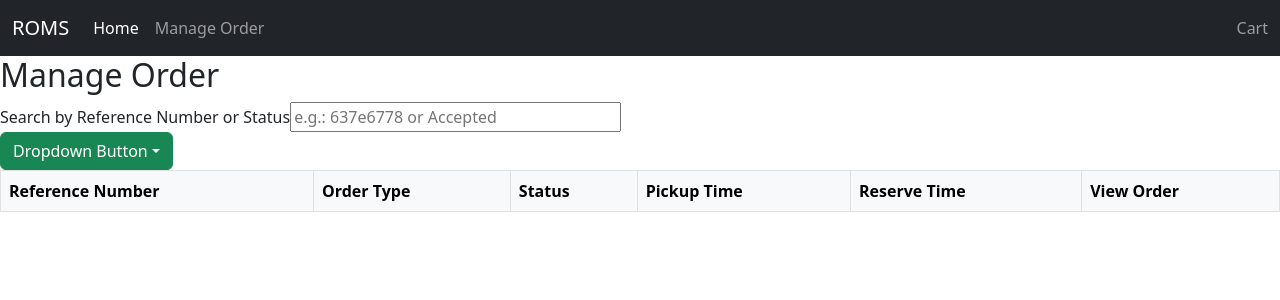
Repository: kayc529/comp231-f22-team4-roms
Page: /manageOrder
The author's editor kept a copy of each file at every save. The page is drawn from the files as they stood at one save, then again after the next save.
The browser window is 1280 px wide. The pictures show the whole page.
The page's requests for data from a server got no answer. The project was rebuilt for these pictures with package versions that can differ from the ones it lists, and the page was loaded fresh each time. No one was signed in, and anything a server would have sent is missing. Also part of the build but not shown: src/components/ExampleComponent.js, src/components/ExampleBox.js, src/pages/example/ExampleHomePage.js, src/pages/example/ExampleNotFoundPage.js, src/features/cart/cartActions.js, src/pages/Cart.js, src/pages/ViewOrder.js.

Above is the page before, as saved 2022-12-04 23:45:41.

### src/index.js
import React from 'react';
import { createRoot } from 'react-dom/client';
import { Provider } from 'react-redux';
import './index.css';
import store from './store';
import App from './App';
//stylesheet for bootstrap
import 'bootstrap/dist/css/bootstrap.min.css';
import 'bootstrap/dist/js/bootstrap.min.js';

const container = document.getElementById('root');
const root = createRoot(container);

root.render(
  <Provider store={store}>
    <App />
  </Provider>
);

### src/index.css
body {
  margin: 0;
  font-family: -apple-system, BlinkMacSystemFont, 'Segoe UI', 'Roboto', 'Oxygen',
    'Ubuntu', 'Cantarell', 'Fira Sans', 'Droid Sans', 'Helvetica Neue',
    sans-serif;
  -webkit-font-smoothing: antialiased;
  -moz-osx-font-smoothing: grayscale;
  color: black;
}

code {
  font-family: source-code-pro, Menlo, Monaco, Consolas, 'Courier New',
    monospace;
}

/*Cart Page*/
.cartItem {
  display: grid;
  row-gap: 0.5rem;
  padding: 15px 30px;
}

.cartItem .img-thumbnail{
  max-width: 100px;
}

/*STUFF FOR SIGNIN/SIGNUP PORTIONS*/

.signin-form {
  max-width: 30rem;
  margin-top: 3rem;
}

.signin-form input {
  margin-bottom: 2em;
  text-align: center;
}

.signin-form a {
  text-decoration: none;
  color: black;
  font-size: 1.5em;
  border-radius: 4px;
  padding: 10px;
}

.signin-form a:hover {
  transition: .5s ease-in-out;
  font-size: 1.8em;
  color: black;
}

.signup-container {
  margin-top: 3rem;
}

.signup-form {
  max-width: 30rem;
}

.signup-form input {
  text-align: center;
  margin-bottom: 15px;
}

.radio {
  margin-right: 5px;
  margin-left: 20px;
  margin-top: 10px;
}

/*END OF STUFF FOR SIGNIN/SIGNUP PORTIONS*/

### src/store.js
import { configureStore } from '@reduxjs/toolkit';
import exampleReducer from './features/example/exampleSlice';
import cartReducers from './features/cart/cartReducers';
import menuReducer from './features/menu/menuSlice';
import staffReducer from './features/staff/staffSlice';


//YOU MUST PUT THE REDUCER INSIDE THE STORE
//OR ELSE YOU CAN'T DISPATCH THEIR ACTIONS FROM ANY OF THE APP COMPONENTS
const store = configureStore({
  reducer: {
    example: exampleReducer,
    cart: cartReducers,
    menu: menuReducer,
    staff: staffReducer
  },
});

export default store;

### src/App.js
import { Routes, Route, BrowserRouter } from 'react-router-dom';
import ExampleHomePage from './pages/example/ExampleHomePage';
import ExampleNotFoundPage from './pages/example/ExampleNotFoundPage';
import Menu from './components/Menu';
import CartPage from './pages/Cart';
import ManageOrderPage from './pages/ManageOrder';
import ViewOrderPage from './pages/ViewOrder';

function App() {
  return (
    <>
      <BrowserRouter>
        <Routes>
          <Route path='/' element={<Menu />}>
            <Route index element={<ExampleHomePage />} />
            <Route path='cart' element={<CartPage />} />
            <Route path='manageOrder' element={<ManageOrderPage/>} />
            <Route path='viewOrder/:id' element={<ViewOrderPage/>} />
            {/* add page here if you want the shared layout*/}
          </Route>
          {/* add page here if you don't want the shared layout*/}

          {/* !!not found page must be placed at the very end!!*/}
          <Route path='*' element={<ExampleNotFoundPage />} />
        </Routes>
      </BrowserRouter>
    </>
  );
}

export default App;

### src/features/example/exampleSlice.js
import { createSlice, createAsyncThunk } from '@reduxjs/toolkit';
import { getUniversityListThunk } from './exampleThunk';

//slice is similar to a feature of the app
//data manipulations that are related to the feature are placed together

//--CREATE INITIAL STATE OF THE SLICE
const initialState = {
  exampleList: [],
  isLoading: false,
  isSwitchOn: false,
};

//--DECLARE AN ACTION
//an async action requires an async thunk(aka middleware)
export const getUniversityList = createAsyncThunk(
  'example/getUniversityList',
  async (countryName, thunkAPI) => {
    return getUniversityListThunk(
      `http://universities.hipolabs.com/search?country=${countryName}`,
      thunkAPI
    );
  }
);

//--CREATE SLICE
const exampleSlice = createSlice({
  name: 'example',
  initialState,
  //reducers are for actions that do not require calling API
  //--DECLARE REDUCER
  reducers: {
    toggleSwitch: (state) => {
      state.isSwitchOn = !state.isSwitchOn;
    },
  },
  //extra reducers are for actions that require calling API (or some other async functions)
  //you can change the value of the states at differnt status of the action i.e. pending, fulfilled, rejected
  //--DECLARE EXTRA REDUCER
  extraReducers: {
    [getUniversityList.pending]: (state) => {
      state.isLoading = true;
    },
    [getUniversityList.fulfilled]: (state, { payload }) => {
      //payload is the data
      //you may have to deconstruct the object depending on the structure of the returned object from the API
      //i.e. const { someFieldName } = payload <-this is called object deconstruction
      //in this example, the API directly returns the list we want so no deconstruction is needed
      state.exampleList = payload.slice(0, 10); //limit to 10 universities only for demo purpose
      state.isLoading = false;
      //you can also dispatch another action here after this action is fulfilled
    },
    [getUniversityList.rejected]: (state) => {
      state.isLoading = false;
      //you can do some error handling here
    },
  },
});

//you have to export both the reducers' actions and the extraReducers
//so that they can be put in the store
//and can be dispatched from other components
export const { toggleSwitch } = exampleSlice.actions;
export default exampleSlice.reducer;

//REMEBER TO PUT THE REDUCER IN THE STORE /src/store.js

### src/features/cart/cartReducers.js
import { ADD_TO_CART, DELETE_FROM_CART } from './cartConstants'

let initialCart = {
	cart: [],
};

if (localStorage.getItem('cart')) {
	initialCart.cart = JSON.parse(localStorage.getItem('cart'));
} else {
	initialCart.cart = [];
}

const cartReducers = (state = initialCart, action) => {
	switch (action.type) {
		case ADD_TO_CART:
		case DELETE_FROM_CART:
			return {
				cart: [...action.payload],
			};
		default:
			return state;
	}
};

export default cartReducers;

### src/features/menu/menuSlice.js
import { createSlice, createAsyncThunk } from '@reduxjs/toolkit';
import {
  getAllMenuItemsThunk,
  getMenuItemThunk,
  addMenuItemThunk,
  editMenuItemThunk,
  deleteMenuItemThunk,
  uploadMenuItemImageThunk,
} from './menuThunk';

const initialState = {
  menuItemList: [],
  menuItem: {},
  isLoading: false,
  errorMsg: '',
};

export const getAllMenuItems = createAsyncThunk(
  'menu/getAllMenuItems',
  async (_, thunkAPI) => {
    return getAllMenuItemsThunk('/menu', thunkAPI);
  }
);

export const getMenuItem = createAsyncThunk(
  'menu/getMenuItem',
  async (menuItemId, thunkAPI) => {
    return getMenuItemThunk(`/menu/${menuItemId}`, thunkAPI);
  }
);

export const addMenuItem = createAsyncThunk(
  'menu/addMenuItem',
  async (menuItemToAdd, thunkAPI) => {
    return addMenuItemThunk('/menu', menuItemToAdd, thunkAPI);
  }
);

export const editMenuItem = createAsyncThunk(
  'menu/editMenuItem',
  async (menuItemToEdit, thunkAPI) => {
    return editMenuItemThunk(
      `/menu/${menuItemToEdit._id}`,
      menuItemToEdit,
      thunkAPI
    );
  }
);

export const deleteMenuItem = createAsyncThunk(
  'menu/deleteMenuItem',
  async (menuItemId, thunkAPI) => {
    return deleteMenuItemThunk(`/menu/${menuItemId}`, thunkAPI);
  }
);

export const uploadMenuItemImage = createAsyncThunk(
  'menu/uploadMenuItemImage',
  async (menuItemId, imageData, thunkAPI) => {
    return uploadMenuItemImageThunk(
      `/menu/upload-image/${menuItemId}`,
      imageData,
      thunkAPI
    );
  }
);

const menuSlice = createSlice({
  name: 'menu',
  initialState,
  reducer: {},
  extraReducers: {
    //GET ALL MENU ITEMS
    [getAllMenuItems.pending]: (state) => {
      state.isLoading = true;
    },
    [getAllMenuItems.fulfilled]: (state, { payload }) => {
      const { menuItems } = payload;
      state.isLoading = false;
      state.menuItemList = menuItems;
    },
    [getAllMenuItems.rejected]: (state) => {
      state.isLoading = false;
    },
    //GET SINGLE MENU ITEM
    [getMenuItem.pending]: (state) => {
      state.isLoading = true;
      state.menuItem = {};
    },
    [getMenuItem.fulfilled]: (state, { payload }) => {
      const { menuItem } = payload;
      state.isLoading = false;
      state.menuItem = menuItem;
    },
    [getMenuItem.rejected]: (state) => {
      state.isLoading = false;
    },
    //ADD MENU ITEM
    [addMenuItem.pending]: (state) => {
      state.isLoading = true;
    },
    [addMenuItem.fulfilled]: (state, { payload }) => {
      state.isLoading = false;
      //the api will return the newly added menu item
      //you can add it to the state if needed
    },
    [addMenuItem.rejected]: (state) => {
      state.isLoading = false;
    },
    //EDIT MENU ITEM
    [editMenuItem.pending]: (state) => {
      state.isLoading = true;
    },
    [editMenuItem.fulfilled]: (state, { payload }) => {
      state.isLoading = false;
      //the api will return the updated menu item
      //you can add it to the state if needed
    },
    [editMenuItem.rejected]: (state) => {
      state.isLoading = false;
    },
    //DELETE MENU ITEM
    [deleteMenuItem.pending]: (state) => {
      state.isLoading = true;
    },
    [deleteMenuItem.fulfilled]: (state) => {
      state.isLoading = false;
    },
    [deleteMenuItem.rejected]: (state) => {
      state.isLoading = false;
    },
    //UPLOAD MENU ITEM IMAGE
    [uploadMenuItemImage.pending]: (state) => {
      state.isLoading = true;
    },
    [uploadMenuItemImage.fulfilled]: (state) => {
      state.isLoading = false;
    },
    [uploadMenuItemImage.rejected]: (state) => {
      state.isLoading = false;
    },
  },
});

export default menuSlice.reducer;

### src/features/staff/staffSlice.js
import { createSlice, createAsyncThunk } from '@reduxjs/toolkit';
import {
  getAllStaffsThunk,
  getStaffThunk,
  editStaffThunk,
  deleteStaffThunk,
} from './staffThunk';

const initialState = {
  staffsList: [],
  staff: {},
  isLoading: false,
  errorMsg: '',
};

export const getAllStaffs = createAsyncThunk(
  'staffs/getAllStaffs',
  async (_, thunkAPI) => {
    return getAllStaffsThunk('/staffs', thunkAPI);
  }
);

export const getStaff = createAsyncThunk(
  'staffs/getStaff',
  async (staffId, thunkAPI) => {
    return getStaffThunk(`/staffs/edit/${staffId}`, thunkAPI);
  }
);

export const editStaff = createAsyncThunk(
  'staffs/editStaff',
  async (updatedStaff, thunkAPI) => {
    return editStaffThunk(
      `/staffs/edit/${updatedStaff.id}`,
      updatedStaff,
      thunkAPI
    );
  }
);

export const deleteStaff = createAsyncThunk(
  'staffs/deleteStaff',
  async (staffId, thunkAPI) => {
    return deleteStaffThunk(`/staffs/delete/${staffId}`, thunkAPI);
  }
);

const staffSlice = createSlice({
  name: 'staff',
  initialState,
  reducer: {},
  extraReducers: {
    //GET ALL STAFFS
    [getAllStaffs.pending]: (state) => {
      state.isLoading = true;
    },
    [getAllStaffs.fulfilled]: (state, { payload }) => {
      const { staffs } = payload;
      state.isLoading = false;
      state.staffsList = staffs;
    },
    [getAllStaffs.rejected]: (state) => {
      state.isLoading = false;
    },
    //GET SINGLE STAFF
    [getStaff.pending]: (state) => {
      state.isLoading = true;
      state.staff = {};
    },
    [getStaff.fulfilled]: (state, { payload }) => {
      const { staff } = payload;
      state.isLoading = false;
      state.staff = staff;
    },
    [getStaff.rejected]: (state) => {
      state.isLoading = false;
    },

    //EDIT STAFF
    [editStaff.pending]: (state) => {
      state.isLoading = true;
    },
    [editStaff.fulfilled]: (state, { payload }) => {
      state.isLoading = false;
    },
    [editStaff.rejected]: (state) => {
      state.isLoading = false;
    },
    //DELETE STAFF
    [deleteStaff.pending]: (state) => {
      state.isLoading = true;
    },
    [deleteStaff.fulfilled]: (state) => {
      state.isLoading = false;
    },
    [deleteStaff.rejected]: (state) => {
      state.isLoading = false;
    },
  },
});

export default staffSlice.reducer;

### src/components/Menu.js
import { Outlet } from 'react-router-dom';

const Menu = () => {
  return (
    <>
      <header>
        <nav className="navbar navbar-expand-lg bg-dark navbar-dark">
          <div className="container-fluid">
            <a className="navbar-brand" href="/">ROMS</a>
            <button className="navbar-toggler" type="button" data-bs-toggle="collapse" data-bs-target="#navbarNavDropdown">
              <span className="navbar-toggler-icon"></span>
            </button>
            <div className="collapse navbar-collapse" id="navbarNavDropdown">
              <ul className="navbar-nav">
                <li className="nav-item">
                  <a className="nav-link active" href="/">Home</a>
                </li>
                <li>
                  <a className="nav-item nav-link navbar-text" href="/ManageOrder"> Manage Order</a>
                  </li>
              </ul>
            </div>
            <a className="nav-item nav-link navbar-text" href="/cart">Cart</a>
          </div>
        </nav>
      </header>
      <main>
        <Outlet />
      </main>
      <footer></footer>
    </>
  );
};

export default Menu;

### src/pages/ManageOrder.js
import React, {useState, useEffect} from 'react';
import BootstrapSwitchButton from 'bootstrap-switch-button-react';
import ToogleButton from 'react-toggle-button';
import {Button, Table} from 'react-bootstrap';
import axios from '../utils/orderFetch';
import ViewOrder from './ViewOrder';
import { Link } from "react-router-dom";
import Dropdown from 'react-bootstrap/Dropdown';

const ManageOrder =()=>{
    const [orderData, setOrderData] = useState([]);
    // const orderStatus = Object.keys(orderData).map(function (key){
    //     return orderData[key].status});
    // const [orderState, setOrderState] = useState(orderStatus);
    const [searchKeyword, setSearchKeyword] = useState("");

    useEffect(()=>{
        const fetchData = async () =>{
            const result = await axios.get('/api/v1/orders/')
            const resultData = result.data.orders
            setOrderData(resultData)
        }
        fetchData();
    }, []);

    return (
        <div className='control-main'>

            <h2>Manage Order</h2>

            <label> Search by Reference Number or Status </label>
                <input className="txtSearch" placeholder='e.g.: 637e6778 or Accepted'
                type="text"
                size={30}
                onChange={(e) =>{setSearchKeyword(e.target.value)}}
            />
            <Dropdown>
                <Dropdown.Toggle variant="success" id="dropdown-basic">
                    Dropdown Button
                </Dropdown.Toggle>

                <Dropdown.Menu>
                    <Dropdown.Item href="#/action-1">Action</Dropdown.Item>
                    <Dropdown.Item href="#/action-2">Another action</Dropdown.Item>
                    <Dropdown.Item href="#/action-3">Something else</Dropdown.Item>
                </Dropdown.Menu>
            </Dropdown>

            <Table striped bordered hover variant="light">
                <thead>
                    <tr>
                        <th>Reference Number</th>
                        <th>Order Type</th>
                        <th>Status</th>
                        <th>Pickup Time</th>
                        <th>Reserve Time</th>
                        <th>View Order</th>
                    </tr>
                </thead>

                <tbody>
                {orderData.filter((order) => {
                    if (searchKeyword.length ===0){
                        return order;
                    }

                    else if (order.referenceNumber == searchKeyword || order.status == searchKeyword.toUpperCase()){
                        return order;
                    }
                    }).map((order, i) => (
                    <tr key={i}>

                        <td >{order.referenceNumber}
                        </td>
                        {order.orderType == "TAKE_OUT"? <td>Take Out</td>: <td>Dine In</td>}
                        <td >{order.status}
                        </td>
                        <td >{order.pickupTime}
                        </td>
                        <td >{order.reserveTime}
                        </td>
                        <td>
                            <Link to={`../ViewOrder/${order._id}`}>
                                <Button size="sm">View </Button>
                            </Link>
                        </td>
                    </tr>
                ))}
                </tbody>
            </Table>


        </div>

    );


};

export default ManageOrder;

### src/features/example/exampleThunk.js
import customFetch from '../../utils/customFetch';

//thunks are separated into different file for cleaner codes
//of course you can put these codes inside the action in the slice file
//but it is a good practice to separate the codes
export const getUniversityListThunk = async (url, thunkAPI) => {
  //must use try catch block when calling API!!
  try {
    const res = await customFetch.get(url);
    //you can always check out the structure of the returned object by logging
    console.log(res.data);
    //you can do something here
    //thunkAPI allows you to dispatch another action
    //e.g. thunkAPI.dispatch(someOtherAction());
    return res.data;
  } catch (error) {
    //you can do error handling here
    //thunkAPI allows you to dispatch another action
    //e.g. thunkAPI.dispatch(someErrorHandlingAction());
    return thunkAPI.rejectWithValue(error.response.data.msg);
  }
};

### src/features/cart/cartConstants.js
export const ADD_TO_CART = 'ADD_TO_CART';
export const DELETE_FROM_CART = 'DELETE_FROM_CART';

### src/features/menu/menuThunk.js
import customFetch from '../../utils/customFetch';

export const getAllMenuItemsThunk = async (url, thunkAPI) => {
  try {
    const res = await customFetch.get(url);
    console.log(res.data);
    return res.data;
  } catch (error) {
    return thunkAPI.rejectWithValue(error.response.data.msg);
  }
};

export const getMenuItemThunk = async (url, thunkAPI) => {
  try {
    const res = await customFetch.get(url);
    console.log(res.data);
    return res.data;
  } catch (error) {
    return thunkAPI.rejectWithValue(error.response.data.msg);
  }
};

export const addMenuItemThunk = async (url, newMenuItem, thunkAPI) => {
  try {
    const res = await customFetch.post(url, newMenuItem);
    console.log(res.data);
    return res.data;
  } catch (error) {
    return thunkAPI.rejectWithValue(error.response.data.msg);
  }
};

export const editMenuItemThunk = async (url, updatedMenuItem, thunkAPI) => {
  try {
    const res = await customFetch.patch(url, updatedMenuItem);
    console.log(res.data);
    return res.data;
  } catch (error) {
    return thunkAPI.rejectWithValue(error.response.data.msg);
  }
};

export const deleteMenuItemThunk = async (url, thunkAPI) => {
  try {
    const res = await customFetch.delete(url);
    console.log(res.data);
    return res.data;
  } catch (error) {
    return thunkAPI.rejectWithValue(error.response.data.msg);
  }
};

export const uploadMenuItemImageThunk = async (url, imageData, thunkAPI) => {
  try {
    const res = await customFetch.post(url, imageData);
    console.log(res.data);
    return res.data;
  } catch (error) {
    return thunkAPI.rejectWithValue(error.response.data.msg);
  }
};

### src/features/staff/staffThunk.js
import customFetch from '../../utils/customFetch';

export const getAllStaffsThunk = async (url, thunkAPI) => {
  try {
    const res = await customFetch.get(url);
    console.log(res.data);
    return res.data;
  } catch (error) {
    return thunkAPI.rejectWithValue(error.response.data.msg);
  }
};

export const getStaffThunk = async (url, thunkAPI) => {
  try {
    const res = await customFetch.get(url);
    console.log(res.data);
    return res.data;
  } catch (error) {
    return thunkAPI.rejectWithValue(error.response.data.msg);
  }
};

export const editStaffThunk = async (url, updatedStaff, thunkAPI) => {
  try {
    const res = await customFetch.patch(url, updatedStaff);
    console.log(res.data);
    return res.data;
  } catch (error) {
    return thunkAPI.rejectWithValue(error.response.data.msg);
  }
};

export const deleteStaffThunk = async (url, thunkAPI) => {
  try {
    const res = await customFetch.delete(url);
    console.log(res.data);
    return res.data;
  } catch (error) {
    return thunkAPI.rejectWithValue(error.response.data.msg);
  }
};

### src/utils/orderFetch.js
import axios from 'axios';

const getBaseUrl = () => {
  //will use the url of the backend later
  return '';
};

const orderFetch = axios.create({
  baseURL: 'http://localhost:4000/',
  headers: "application/json"
});

//orderFetch.get('/api/v1/orders')

export default orderFetch;

### src/utils/customFetch.js
import axios from 'axios';

const getBaseUrl = () => {
  //will use the url of the backend later
  return '';
};

const customFetch = axios.create({
  baseURL: getBaseUrl(),
});

export default customFetch;

After the next save:
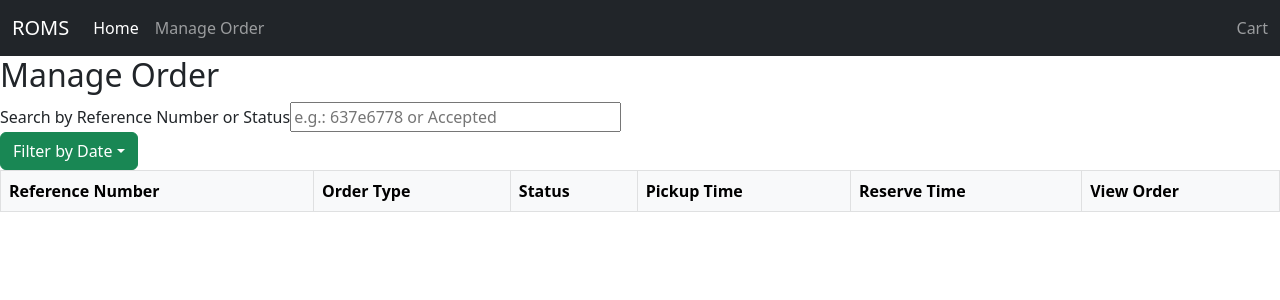
Saved 4 s later.
--- a/src/pages/ManageOrder.js
+++ b/src/pages/ManageOrder.js
@@ -36,7 +36,7 @@ const ManageOrder =()=>{
             />
             <Dropdown>
                 <Dropdown.Toggle variant="success" id="dropdown-basic">
-                    Dropdown Button
+                    Filter by Date
                 </Dropdown.Toggle>
 
                 <Dropdown.Menu>
